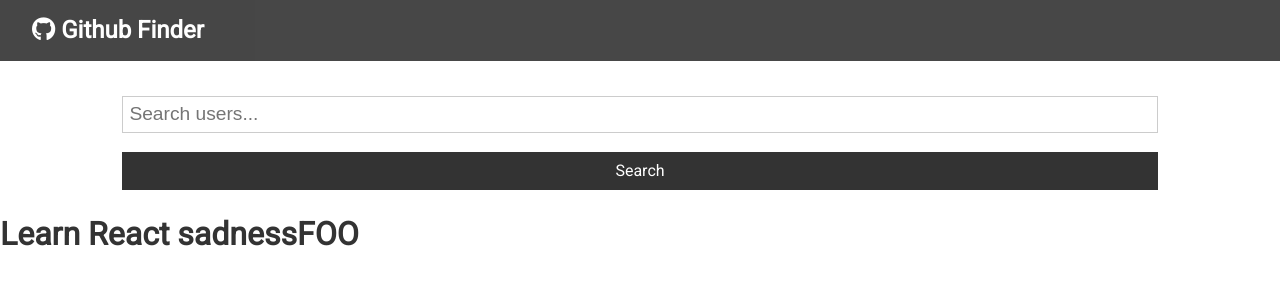
Repository: chinmayparab/github-finder
Page: /
The author's editor kept a copy of each file at every save. The page is drawn from the files as they stood at one save, then again after a run of saves.
The browser window is 1280 px wide. The pictures show the whole page.
Some web libraries are served in a nearby version. The project was rebuilt for these pictures with package versions that can differ from the ones it lists, and the page was loaded fresh each time. Also part of the build but not shown: src/components/users/UserItem.js, src/components/layout/Spinner.js.

Above is the page before, as saved 2020-06-25 18:30:33.

### src/App.js
import React, { Component } from "react";
import Navbar from "./components/layout/Navbar";
import Users from "./components/users/Users";
import Search from "./components/users/Search";
import axios from "axios";
import "./App.css";

class App extends Component {
  state = {
    users: [],
    loading: false,
  };

  // async componentDidMount() {
  //   this.setState({ loading: true });
  //   const res = await axios.get(
  //     `https://api.github.com/users?client_id=${process.env.REACT_APP_GITHUB_CLIENT_ID}&client_secret=${process.env.REACT_APP_GITHUB_CLIENT_SECRET}`
  //   );
  //   this.setState({ users: res.data, loading: false });
  // }

  // Searchy
  searchUsers = async (text) => {
    this.setState({ loading: true });

    const res = await axios.get(
      `https://api.github.com/search/users?q=${text}&client_id=${process.env.REACT_APP_GITHUB_CLIENT_ID}&client_secret=${process.env.REACT_APP_GITHUB_CLIENT_SECRET}`
    );
    this.setState({ users: res.data.items, loading: false });
  };
  // clear users
  clearUsers = () => this.setState({ users: [], loading: false });

  render() {
    const sad = "sadness";

    const foo = () => "foo";

    return (
      <div className='App'>
        <Navbar title='Github Finder' icon='fab fa-github'></Navbar>
        <div className='container'>
          <Search
            searchUsers={this.searchUsers}
            clearUsers={this.clearUsers}
            showClear={this.state.users.length > 0 ? true : false}
          />
          <Users loading={this.state.loading} users={this.state.users}></Users>
        </div>
        <h1>Learn React {sad + foo().toUpperCase()}</h1>
      </div>
    );
  }
}

export default App;

### src/components/layout/Navbar.js
import React from "react";
import PropTypes from "prop-types";

const Navbar = ({ icon, title }) => {
  return (
    <nav className='navbar bg-dark'>
      <h1>
        <i className={icon} /> {title}
      </h1>
    </nav>
  );
};

Navbar.defaultProps = {
  title: "Github Finder",
  icon: "fab fa-github",
};

Navbar.propTypes = {
  title: PropTypes.string.isRequired,
  icon: PropTypes.string.isRequired,
};

export default Navbar;

### src/components/users/Users.js
import React from "react";
import UserItem from "./UserItem";
import Spinner from "../layout/Spinner";
import PropTypes from "prop-types";

const Users = ({ users, loading }) => {
  if (loading) {
    return <Spinner />;
  } else {
    return (
      <div style={userStyle}>
        {users.map((user) => (
          <UserItem key={user.id} user={user} />
        ))}
      </div>
    );
  }
};

Users.propTypes = {
  users: PropTypes.array.isRequired,
  loading: PropTypes.bool.isRequired,
};

const userStyle = {
  display: "grid",
  gridTemplateColumns: "repeat(3, 1fr)",
  gridGap: "1rem",
};

export default Users;

### src/components/users/Search.js
import React, { Component } from "react";
import PropTypes from "prop-types";

export class Search extends Component {
  state = {
    text: "",
  };

  static propTypes = {
    searchUsers: PropTypes.func.isRequired,
    clearUsers: PropTypes.func.isRequired,
    showClear: PropTypes.bool.isRequired,
  };

  onSubmit = (e) => {
    e.preventDefault();
    this.props.searchUsers(this.state.text);
    this.setState({ text: "" });
  };

  onChange = (e) => this.setState({ [e.target.name]: e.target.value });

  render() {
    const { showClear, clearUsers } = this.props;

    return (
      <div>
        <form onSubmit={this.onSubmit} className='form'>
          <input
            type='text'
            name='text'
            placeholder='Search users...'
            value={this.state.text}
            onChange={this.onChange}
          />
          <input
            type='submit'
            value='Search'
            className='btn btn-dark btn-block'
          />
        </form>
        {showClear && (
          <button className='btn btn-light btn-block' onClick={clearUsers}>
            Clear
          </button>
        )}
      </div>
    );
  }
}

export default Search;

Loaded but not shown: public/index.html (common file); src/index.js (common file); src/index.css (common file); src/App.css (common file)

After the next 2 saves:
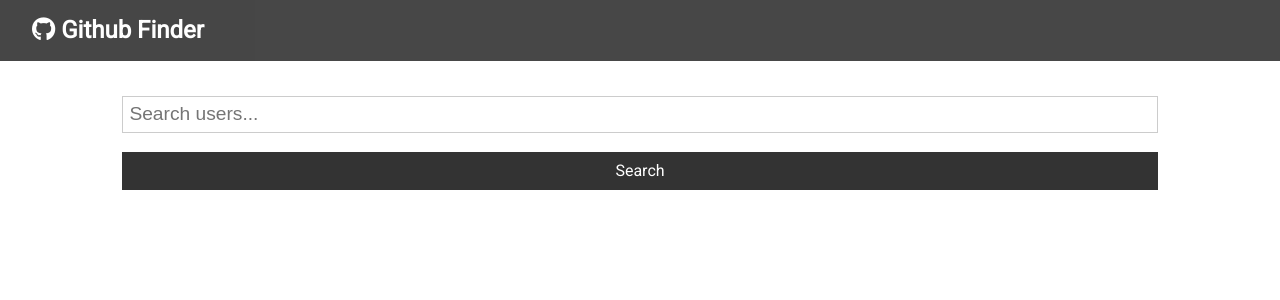
The 2 saves are shown as one change because 1 did not build or start.
The last was saved 119 s later.
--- a/src/App.js
+++ b/src/App.js
@@ -32,9 +32,7 @@ class App extends Component {
   clearUsers = () => this.setState({ users: [], loading: false });
 
   render() {
-    const sad = "sadness";
-
-    const foo = () => "foo";
+    const { users, loading } = this.state;
 
     return (
       <div className='App'>
@@ -47,7 +45,6 @@ class App extends Component {
           />
           <Users loading={this.state.loading} users={this.state.users}></Users>
         </div>
-        <h1>Learn React {sad + foo().toUpperCase()}</h1>
       </div>
     );
   }
